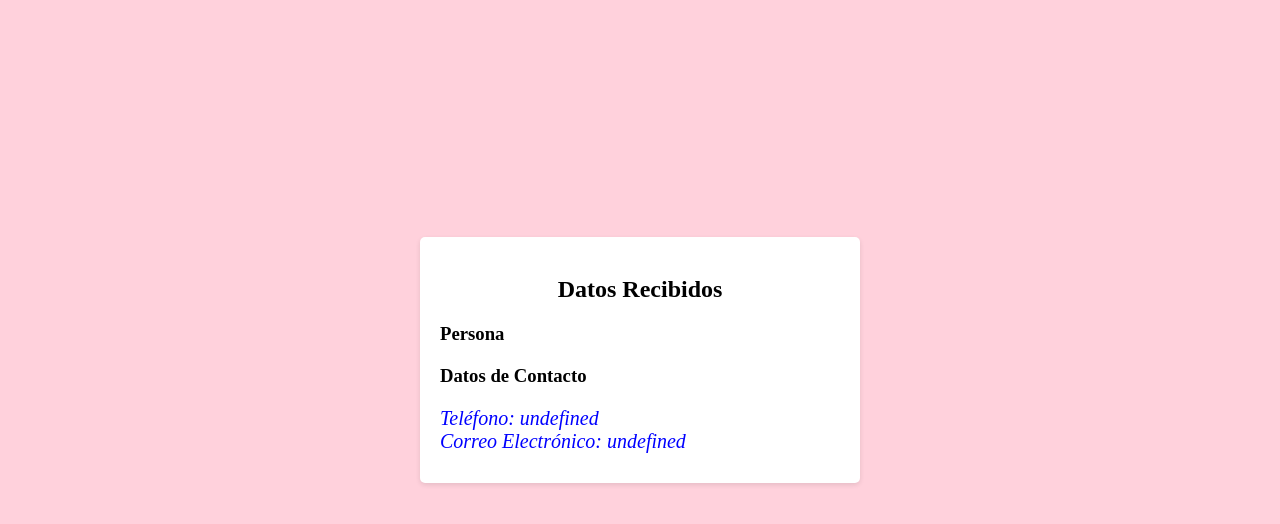
Repository: UVMCoyoacan/InnovaWeb
Page: recibedatosCV.html
The author's editor kept a copy of each file at every save. The page is drawn from the files as they stood at one save, then again after the next save.
The browser window is 1280 px wide. The pictures show the whole page.

Above is the page before, as saved 2024-03-01 11:45:57.

### recibedatosCV.html
<!DOCTYPE html>
<html>
<head>
    <title>Recibe Datos</title>
    <style>
        body {
            font-family: 'Times New Roman', Times, serif;
            background-color: #ffd1dc;
            margin: 0;
            padding: 0;
            display: flex;
            justify-content: center;
            align-items: center;
            height: 100vh;
        }
        .container {
            width: 400px;
            padding: 20px;
            background-color: #fff;
            border-radius: 5px;
            box-shadow: 0 2px 5px rgba(0, 0, 0, 0.1);
        }
        h2 {
            margin-bottom: 20px;
            text-align: center;
        }
        p {
            margin-bottom: 10px;
        }
        .dato {
            font-style: italic;
            color: blue;
            font-size: 20px;
        }
    </style>
</head>
<body>
    <div class="container">
        <h2>Datos Recibidos</h2>

        <h3>Persona</h3>
        <p class="dato" id="Persona"></p>

        <h3>Datos de Contacto</h3>
        <p class="dato" id="Detalles"></p>
    </div>

    <script>
        function getUrlVars() {
            var vars = {};
            var parts = window.location.href.replace(/[?&]+([^=&]+)=([^&]*)/gi, function (m, key, value) {
                vars[key] = decodeURIComponent(value.replace(/\+/g, ' '));
            });
            return vars;
        }

        var params = getUrlVars();
        var nombre = params["nombre"];
        var telefono = params["telefono"];
        var correo = params["email"];

        var nomper = document.getElementById("Persona");
        var datPers = document.getElementById("Detalles");
        nomper.textContent = nombre;
        datPers.innerHTML = "Teléfono: " + telefono + "<br>Correo Electrónico: " + correo;
    </script>
</body>
</html>

After the next save:
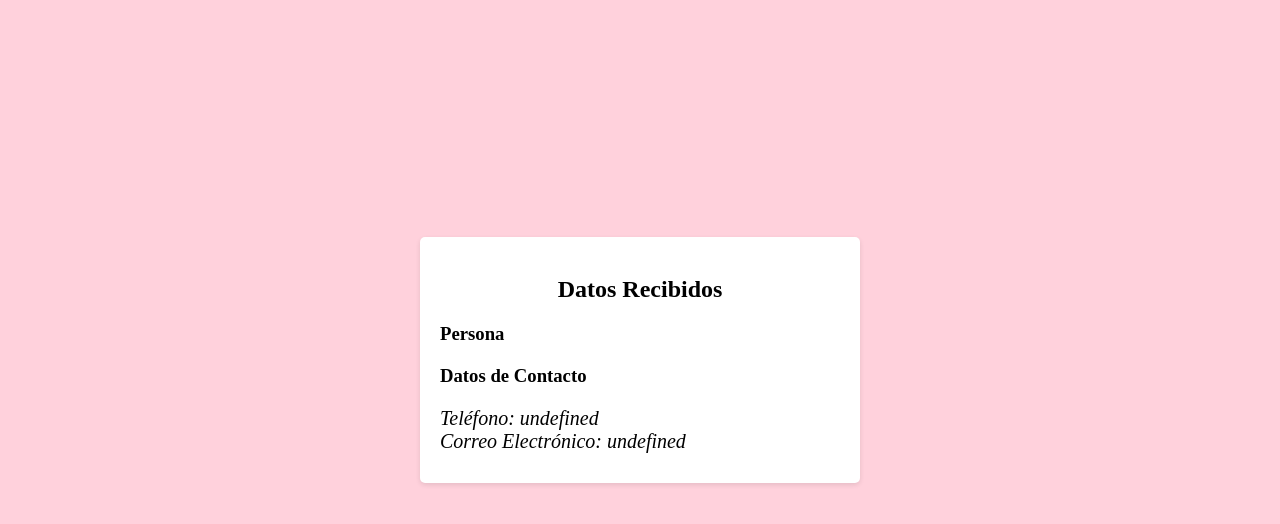
Saved 21 s later.
--- a/recibedatosCV.html
+++ b/recibedatosCV.html
@@ -29,7 +29,7 @@
         }
         .dato {
             font-style: italic;
-            color: blue;
+            color: black;
             font-size: 20px;
         }
     </style>
